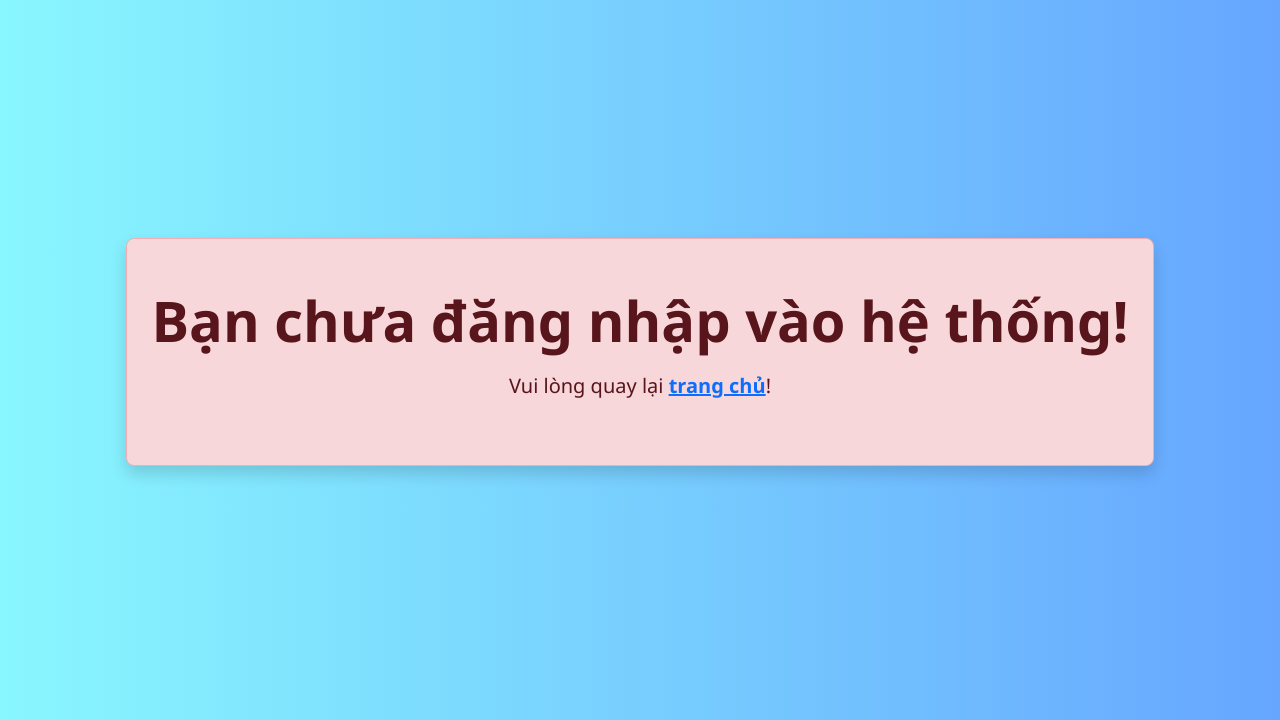
Repository: manhtdxxx/Tour-Booking-Webapp
Page: http://localhost/bookingTour/change-password
These files come from the project's save history. The page is drawn as it stood at one moment and after the next save; the edit follows.
The browser window is 1280 px wide. The pictures show the whole page.
The page is served by Tomcat 9. Other server files are loaded and not shown.

Above is the page before, as saved 2024-11-11 10:49:21.
Console error: TypeError: Cannot read properties of null (reading 'addEventListener')

### bookingTour/src/main/webapp/changePassword.jsp
<%@page import="model.KhachHang"%>
<%@ page language="java" contentType="text/html; charset=UTF-8" pageEncoding="UTF-8"%>
<!DOCTYPE html>
<html lang="vi">
<head>
<meta charset="UTF-8">
<meta name="viewport" content="width=device-width, initial-scale=1">
<title>Đổi mật khẩu</title>
<link href="https://cdn.jsdelivr.net/npm/bootstrap@5.3.3/dist/css/bootstrap.min.css"
	rel="stylesheet">
<script src="https://cdn.jsdelivr.net/npm/bootstrap@5.3.3/dist/js/bootstrap.bundle.min.js"></script>

<style>
/* Background gradient */
body {
	background: linear-gradient(to right, #89f7fe, #66a6ff);
	font-family: 'Segoe UI', Tahoma, Geneva, Verdana, sans-serif;
}
/* Form container styling */
.form-container {
	max-width: 450px;
	padding: 2.5rem;
	background-color: #ffffff;
	border-radius: 12px;
	box-shadow: 0 8px 24px rgba(0, 0, 0, 0.2);
	margin: 0 1.5rem;
	transition: transform 0.3s ease;
	min-width: 400px;
	position: relative;
}
/* Hover effect on container */
.form-container:hover {
	transform: scale(1.02);
}
/* Header style */
h2 {
	font-weight: bold;
	color: #343a40;
}
/* Labels styling */
.form-label {
	color: #495057;
	font-weight: 600;
}
/* Input fields styling */
.form-control {
	border: 2px solid #ced4da;
	border-radius: 8px;
	padding: 0.5rem;
	transition: border-color 0.3s ease, box-shadow 0.3s ease;
}

.form-control:focus {
	border-color: #66a6ff;
	box-shadow: 0 0 8px rgba(102, 166, 255, 0.3);
}
/* Button styling */
.btn-primary {
	background-color: #66a6ff;
	border-color: #66a6ff;
	padding: 0.6rem;
	font-size: 1.1rem;
	font-weight: 600;
	border-radius: 8px;
	transition: background-color 0.3s, box-shadow 0.3s, transform 0.2s ease;
}

.btn-primary:hover {
	background-color: #0056b3;
	box-shadow: 0 6px 16px rgba(0, 91, 187, 0.4);
	transform: translateY(-2px);
}
</style>
</head>

<body class="d-flex align-items-center justify-content-center vh-100">

	<%
	Object obj = session.getAttribute("khachHang");
	KhachHang khachHang = null;

	if (obj != null) {
		khachHang = (KhachHang) obj;
	}

	if (khachHang == null) {
	%>
	<div class="alert alert-danger text-center py-5 px-4 rounded-3 shadow" role="alert">
		<h6 class="display-4 fw-bold">Bạn chưa đăng nhập vào hệ thống!</h6>
		<p class="lead mt-3">
			Vui lòng quay lại <a href="index.jsp" class="fw-bold text-primary text-decoration-underline">trang
				chủ</a>!
		</p>
	</div>


	<%
	} else {
	String error = (String) request.getAttribute("error");
	String success = (String) request.getAttribute("success");

	error = (error != null) ? error : "";
	success = (success != null) ? success : "";
	%>

	<div class="form-container">
		<h1 class="text-center mb-4">Đổi Mật Khẩu</h1>

		<!-- Error/Success Message -->
		<%
		if (!error.isEmpty()) {
		%>
		<div class="alert alert-danger alert-dismissible fade show" role="alert">
			<button type="button" class="btn-close" data-bs-dismiss="alert"></button>
			<strong>Lỗi: </strong>
			<%=error%>
		</div>
		<%
		}

		if (!success.isEmpty()) {
		%>
		<div class="alert alert-success alert-dismissible fade show" role="alert">
			<button type="button" class="btn-close" data-bs-dismiss="alert"></button>
			<strong>Thành công: </strong>
			<%=success%>
		</div>
		<%
		}
		%>

		<form action="change-password" method="post">
			<div class="mb-3">
				<label for="currentPassword" class="form-label">Current Password</label> <input type="password"
					class="form-control" id="currentPassword" name="currentPassword"
					placeholder="Nhập mật khẩu hiện tại" required>
			</div>
			<div class="mb-3">
				<label for="newPassword" class="form-label">New Password</label> <input type="password"
					class="form-control" id="newPassword" name="newPassword" placeholder="Nhập mật khẩu mới">
			</div>
			<div class="mb-3">
				<label for="confirmPassword" class="form-label">Confirm Password</label> <input type="password"
					class="form-control" id="confirmPassword" name="confirmPassword"
					placeholder="Xác nhận mật khẩu mới" required>
				<div id="msg" class="text-danger fw-medium mb-3 mt-1"></div>
			</div>
			<button type="submit" class="btn btn-primary w-100">Đổi Mật Khẩu</button>
		</form>
	</div>
	<%
	}
	%>

	<script type="text/javascript">
		document.addEventListener("DOMContentLoaded", confirmPassword); // Run on page load

		function confirmPassword() {
			let pass_1 = document.getElementById("newPassword").value;
			let pass_2 = document.getElementById("confirmPassword").value;
			let msg = document.getElementById("msg");
			let submitBtn = document.querySelector("button[type='submit']");

			if (pass_1 !== pass_2) {
				msg.innerHTML = "Mật khẩu không khớp!";
				submitBtn.disabled = true;
			} else {
				msg.innerHTML = "";
				submitBtn.disabled = false;
			}
		}

		// Event listeners for keyup on both fields
		document.getElementById("newPassword").addEventListener("keyup",
				confirmPassword);
		document.getElementById("confirmPassword").addEventListener("keyup",
				confirmPassword);
	</script>

</body>
</html>

### bookingTour/src/main/java/controller/ChangePassword.java
package controller;

import java.io.IOException;

import javax.servlet.RequestDispatcher;
import javax.servlet.ServletException;
import javax.servlet.annotation.WebServlet;
import javax.servlet.http.HttpServlet;
import javax.servlet.http.HttpServletRequest;
import javax.servlet.http.HttpServletResponse;
import javax.servlet.http.HttpSession;

import database.KhachHangDAO;
import model.KhachHang;

/**
 * Servlet implementation class ChangePassword
 */
@WebServlet("/change-password")
public class ChangePassword extends HttpServlet {
	private static final long serialVersionUID = 1L;

	/**
	 * @see HttpServlet#HttpServlet()
	 */
	public ChangePassword() {
		super();
		// TODO Auto-generated constructor stub
	}

	/**
	 * @see HttpServlet#doGet(HttpServletRequest request, HttpServletResponse
	 *      response)
	 */
	protected void doGet(HttpServletRequest request, HttpServletResponse response)
			throws ServletException, IOException {
		request.setCharacterEncoding("UTF-8");
		response.setCharacterEncoding("UTF-8");
		response.setContentType("text/html; charset=UTF-8");

		String currentPassword = request.getParameter("currentPassword");
		String newPassword = request.getParameter("newPassword");
		String confirmPassword = request.getParameter("confirmPassword");

		String url = "";
		String error = "";
		String success = "";

		HttpSession session = request.getSession();
		Object obj = session.getAttribute("khachHang");
		KhachHang khachHang = null;
		if (obj != null) {
			khachHang = (KhachHang) obj;
		}

		if (khachHang == null) {
			error = "Bạn chưa đăng nhập vào hệ thống!";
			url = "/changePassword.jsp";
		} else {
			if (!currentPassword.equals(khachHang.getPassword())) {
				error = "Mật khẩu hiện tại không chính xác. Vui lòng nhập lại!";
				url = "/changePassword.jsp";
			} else {
				if (!newPassword.equals(confirmPassword)) {
					error = "Mật khẩu nhập lại không khớp. Vui lòng nhập lại!";
					url = "/changePassword.jsp";
				} else {
					khachHang.setPassword(newPassword);
					KhachHangDAO khDAO = new KhachHangDAO();
					if (khDAO.changePassword(khachHang) == 1) {
						// Invalidate the session after password change
						session.invalidate();
						// Start a new session to display the message
						session = request.getSession(true);
						session.setAttribute("success", "Thay đổi mật khẩu thành công. Vui lòng đăng nhập lại!");
						// Redirect to the login page
						url = request.getScheme() + "://" + request.getServerName() + ":" + request.getServerPort()
								+ request.getContextPath();
						response.sendRedirect(url + "/login.jsp");
						return;
					} else {
						error = "Có lỗi xảy ra trong quá trình thay đổi mật khẩu. Vui lòng thử lại!";
						url = "/changePassword.jsp";
					}
				}
			}
		}

		request.setAttribute("error", error);
		request.setAttribute("success", success);

		RequestDispatcher rd = getServletContext().getRequestDispatcher(url);
		rd.forward(request, response);
	}

	/**
	 * @see HttpServlet#doPost(HttpServletRequest request, HttpServletResponse
	 *      response)
	 */
	protected void doPost(HttpServletRequest request, HttpServletResponse response)
			throws ServletException, IOException {
		// TODO Auto-generated method stub
		doGet(request, response);
	}

}

After the next save:
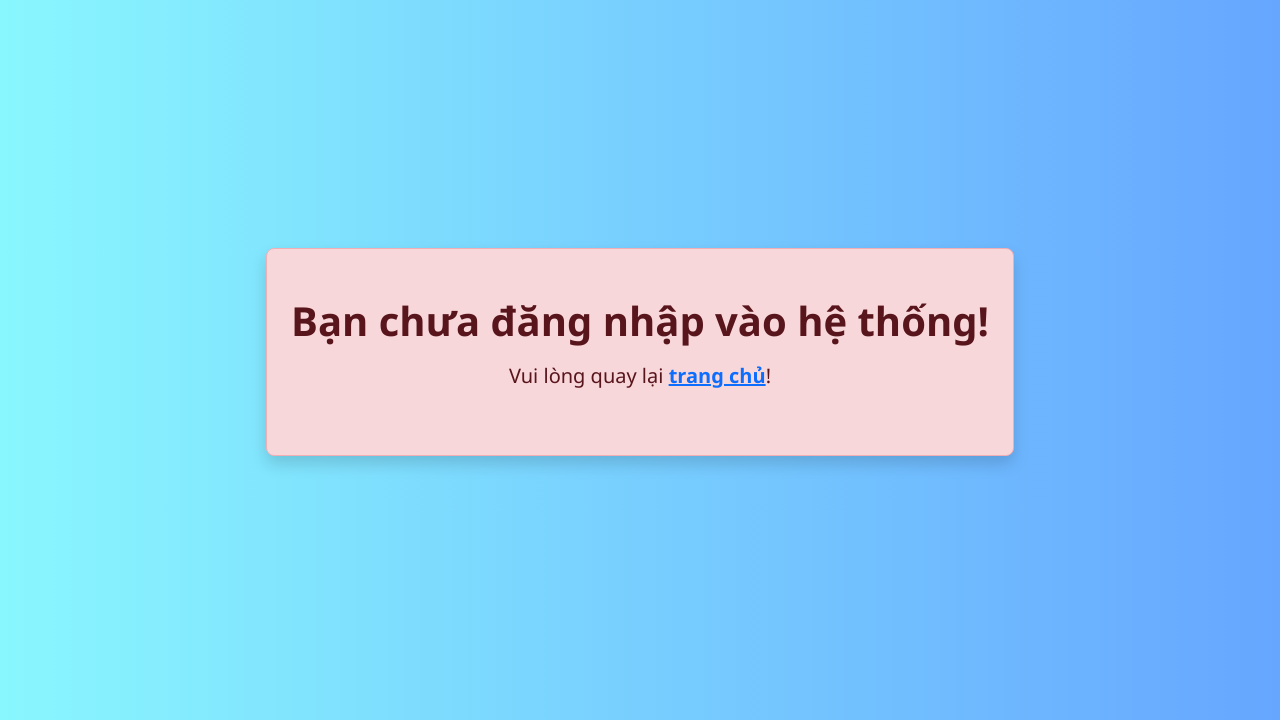
Saved 15 s later.
--- a/bookingTour/src/main/webapp/changePassword.jsp
+++ b/bookingTour/src/main/webapp/changePassword.jsp
@@ -86,7 +86,7 @@ h2 {
 	if (khachHang == null) {
 	%>
 	<div class="alert alert-danger text-center py-5 px-4 rounded-3 shadow" role="alert">
-		<h6 class="display-4 fw-bold">Bạn chưa đăng nhập vào hệ thống!</h6>
+		<h6 class="display-6 fw-bold">Bạn chưa đăng nhập vào hệ thống!</h6>
 		<p class="lead mt-3">
 			Vui lòng quay lại <a href="index.jsp" class="fw-bold text-primary text-decoration-underline">trang
 				chủ</a>!
